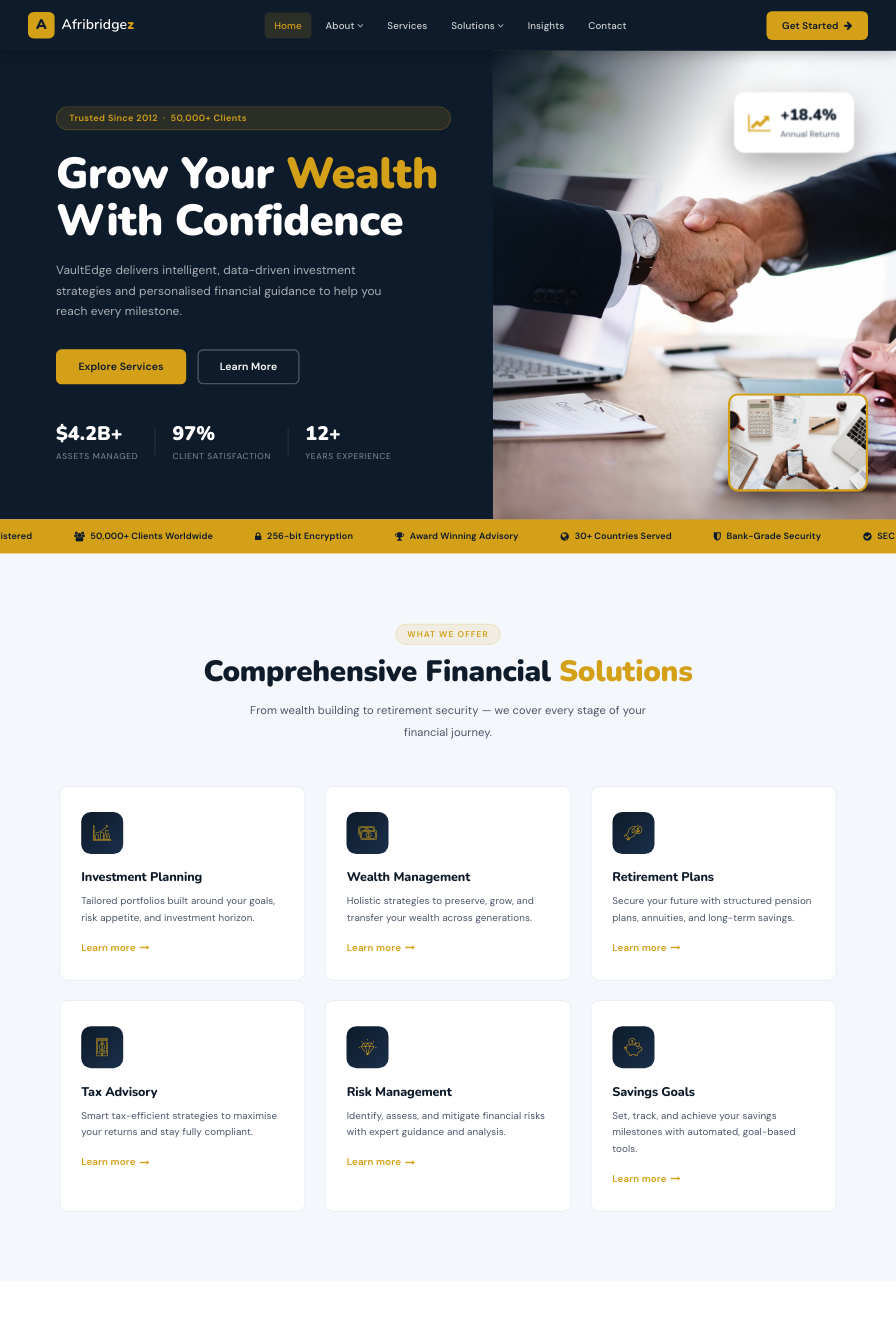
Repository: monk63/afribridgeltd
Page: afribridgeltd/index.html
The author's editor kept a copy of each file at every save. The page is drawn from the files as they stood at one save, then again after the next save.
The browser window is 1280 px wide. The pictures show the part of the page from y = 0 to 1920 px (the page is 5448 px tall), at 70% of full size.
Some web fonts or font styles are not loaded; a fallback is used.

Above is the page before, as saved 2026-04-01 07:20:14.
Console error: RangeError: Maximum call stack size exceeded

After the next save:
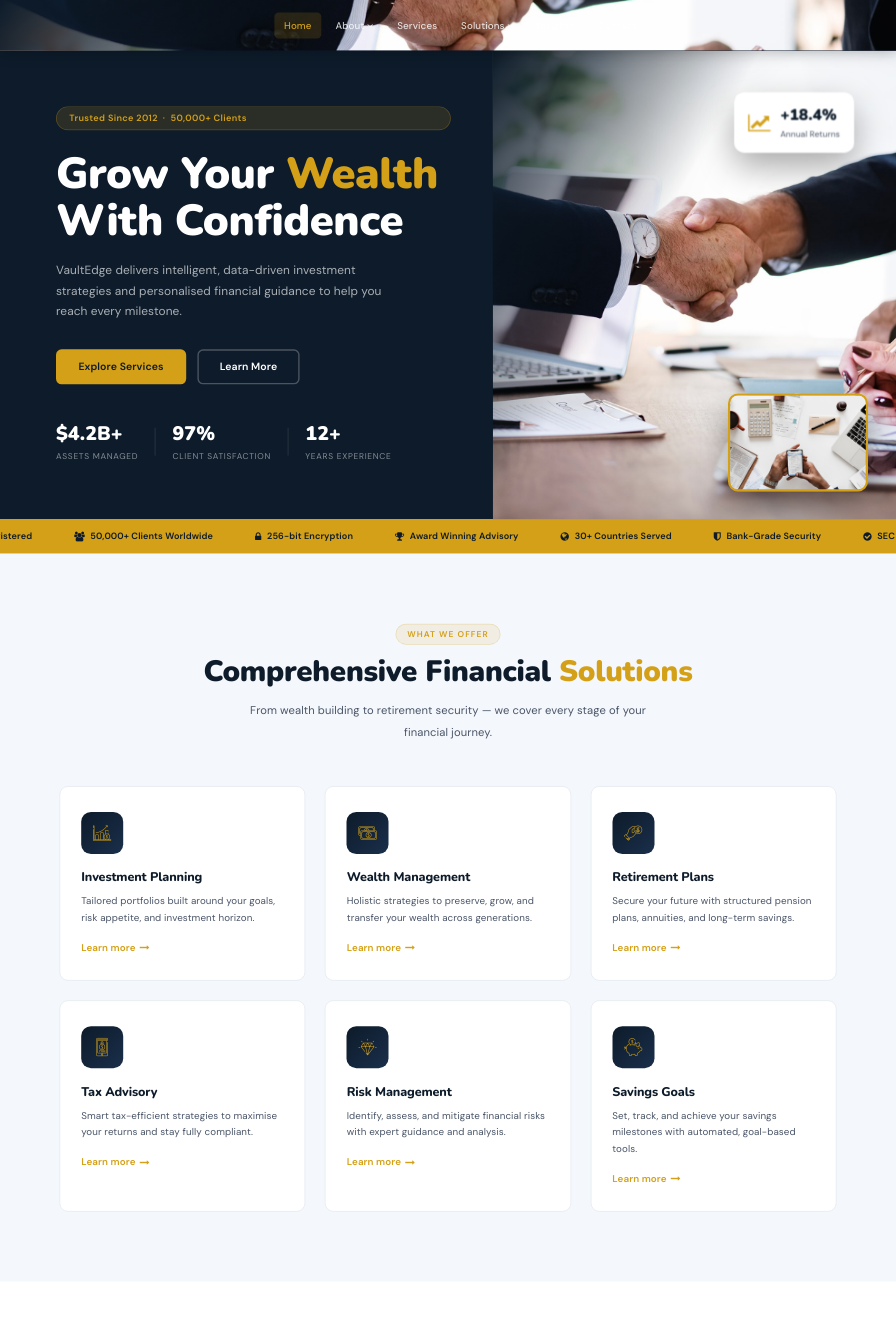
Saved 14 s later.
--- a/afribridgeltd/index.html
+++ b/afribridgeltd/index.html
@@ -27,7 +27,8 @@
             <div class="ve-logo">
                 <a href="index.html">
                     <span class="ve-logo-icon">A</span>
-                    <span class="ve-logo-text">Afribridge<strong>z</strong></span>
+                    <div class="ve-hero-img-main bg-img" style="background-image:url(img/bg-img/1.jpg);"></div>
+                    <span class="ve-logo-text">Afribridge<strong>LTD</strong></span>
                 </a>
             </div>
 
